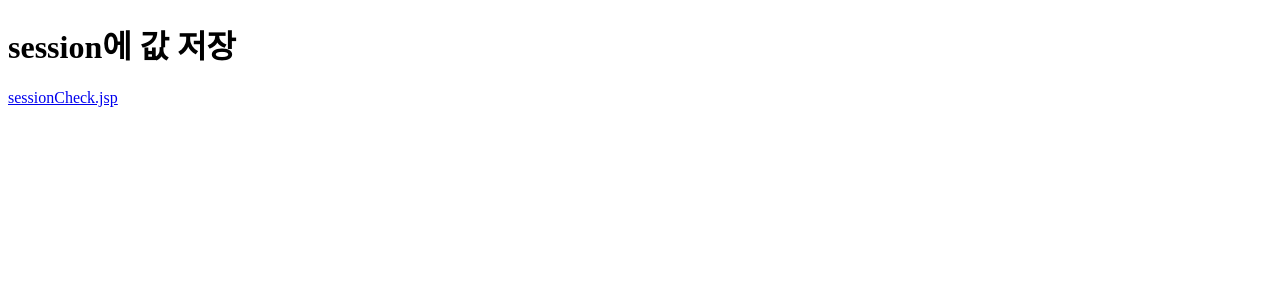
Repository: pencil-HB/SSAFY_Backend
Page: http://localhost/BackendProject/session/sessionProcess.jsp
These files come from the project's save history. The page is drawn as it stood at one moment and after the next save; the edit follows.
The browser window is 1280 px wide. The pictures show the whole page.
The page is served by Tomcat 10.

Above is the page before, as saved 2024-09-26 05:59:56.

After the next save:
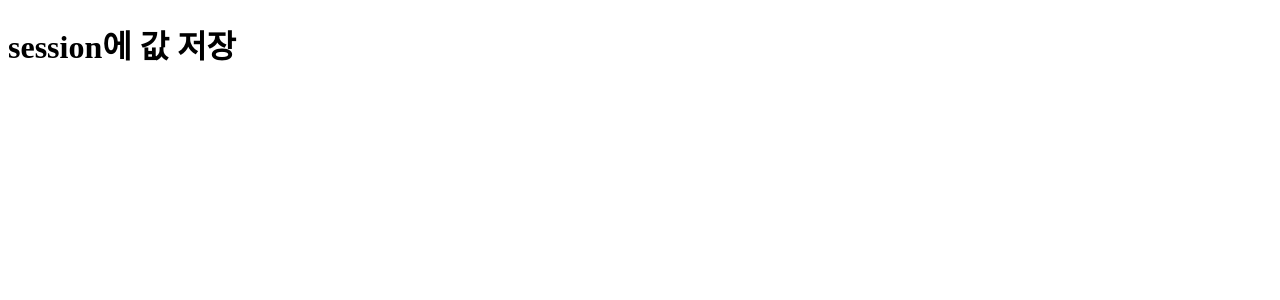
Saved 2 min 15 s later.
--- a/BackendProject/src/main/webapp/session/sessionProcess.jsp
+++ b/BackendProject/src/main/webapp/session/sessionProcess.jsp
@@ -22,9 +22,11 @@
 	color.add("blue");
 	color.add("white");
 
+	session.setAttribute("id", id);
+	session.setAttribute("pw", pw);
 	session.setAttribute("color", color);
 %>
 
-<a href="sessionCheck.jsp">sessionCheck.jsp</a>
+<a href="sessionCheck.jsp"></a>
 </body>
 </html>

After the save that followed:
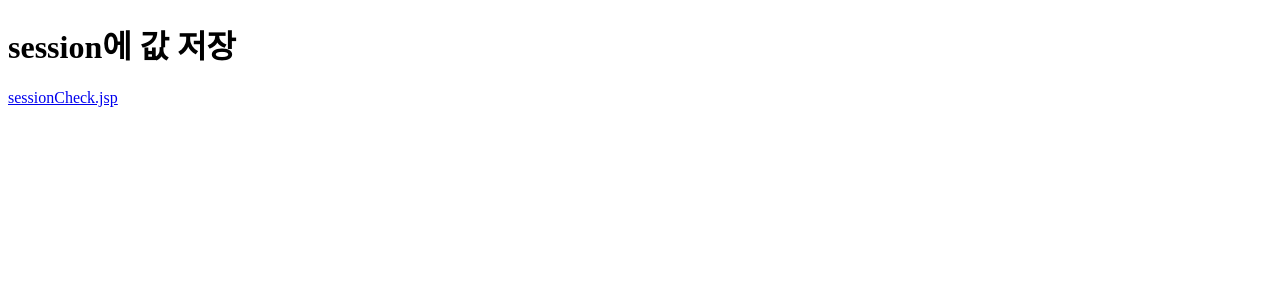
Saved 42 s later.
--- a/BackendProject/src/main/webapp/session/sessionProcess.jsp
+++ b/BackendProject/src/main/webapp/session/sessionProcess.jsp
@@ -27,6 +27,6 @@
 	session.setAttribute("color", color);
 %>
 
-<a href="sessionCheck.jsp"></a>
+<a href="sessionCheck.jsp">sessionCheck.jsp</a>
 </body>
 </html>
